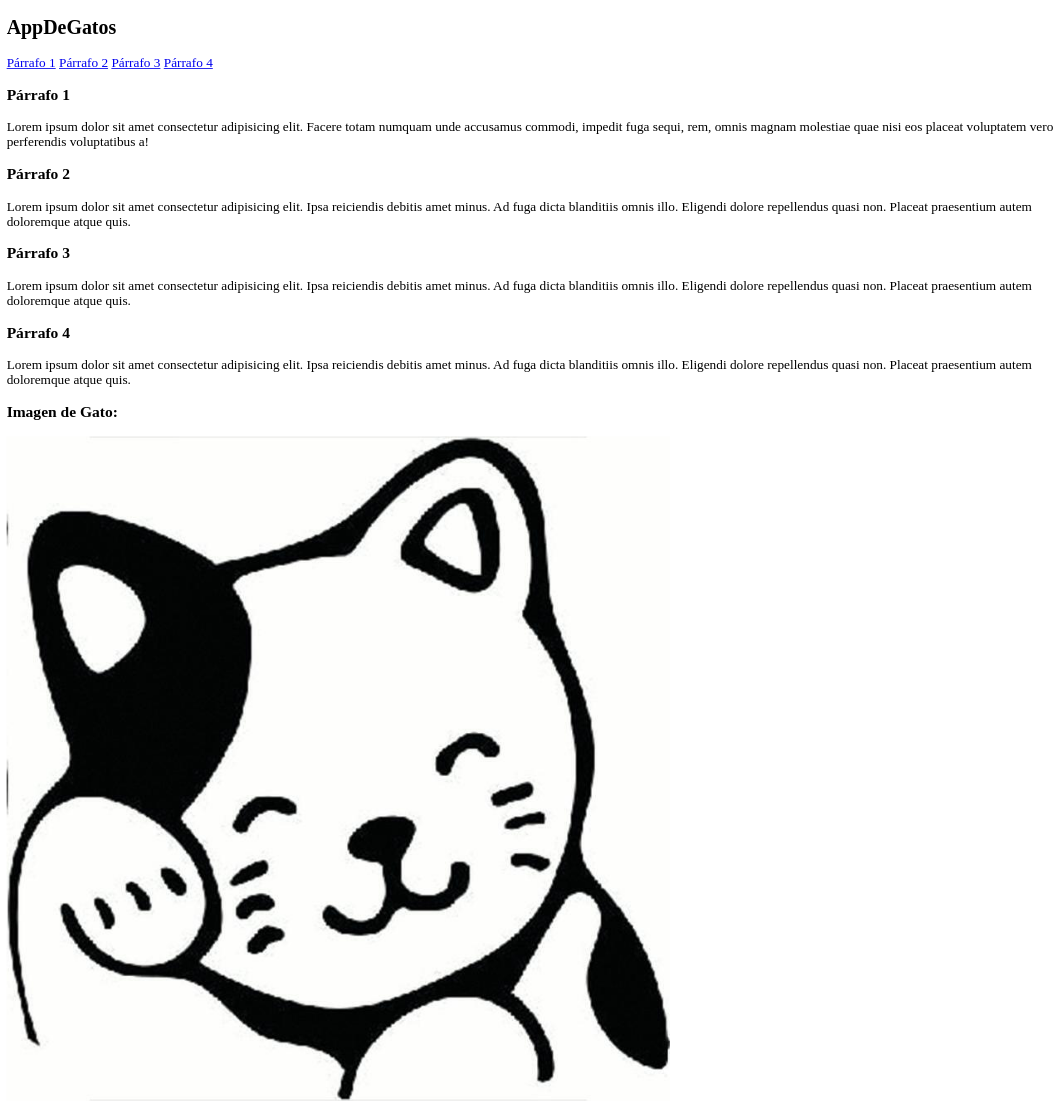
Repository: pedro-donoso/curso-html---css
Page: index.html
These files come from the project's save history. The page is drawn as it stood at one moment and after the next save; the edit follows.
The browser window is 1280 px wide. The pictures show the whole page, at 83% of full size.

Above is the page before, as saved 2023-11-03 10:56:54.

### index.html
<!DOCTYPE html>
<html lang="es">

<head>
  <meta charset="UTF-8">
  <meta name="viewport" content="width=device-width, initial-scale=1.0">
  <title>Curso HTML & CSS</title>
</head>

<body>
  <h2>AppDeGatos</h2>
  <main>


   <a href="#parrafo-1">Párrafo 1</a>
   <a href="#parrafo-2">Párrafo 2</a>
   <a href="#parrafo-3">Párrafo 3</a>
   <a href="#parrafo-4">Párrafo 4</a>

   <h3 id="parrafo-1">Párrafo 1</h3>

   <p>Lorem ipsum dolor sit amet consectetur adipisicing elit. Facere totam numquam unde accusamus commodi, impedit fuga sequi, rem, omnis magnam molestiae quae nisi eos placeat voluptatem vero perferendis voluptatibus a!</p>

   <h3 id="parrafo-2">Párrafo 2</h3>

   <p>Lorem ipsum dolor sit amet consectetur adipisicing elit. Ipsa reiciendis debitis amet minus. Ad fuga dicta blanditiis omnis illo. Eligendi dolore repellendus quasi non. Placeat praesentium autem doloremque atque quis.</p>

   <h3 id="parrafo-3">Párrafo 3</h3>

   <p>Lorem ipsum dolor sit amet consectetur adipisicing elit. Ipsa reiciendis debitis amet minus. Ad fuga dicta blanditiis omnis illo. Eligendi dolore repellendus quasi non. Placeat praesentium autem doloremque atque quis.</p>

   <h3 id="parrafo-4">Párrafo 4</h3>

   <p>Lorem ipsum dolor sit amet consectetur adipisicing elit. Ipsa reiciendis debitis amet minus. Ad fuga dicta blanditiis omnis illo. Eligendi dolore repellendus quasi non. Placeat praesentium autem doloremque atque quis.</p>

   <h3>Imagen de Gato:</h3>
   <a href=""></a>
    <img src="./assets/img/gato.jpg" alt="gato">

  </main>
</body>

</html>

After the next save:
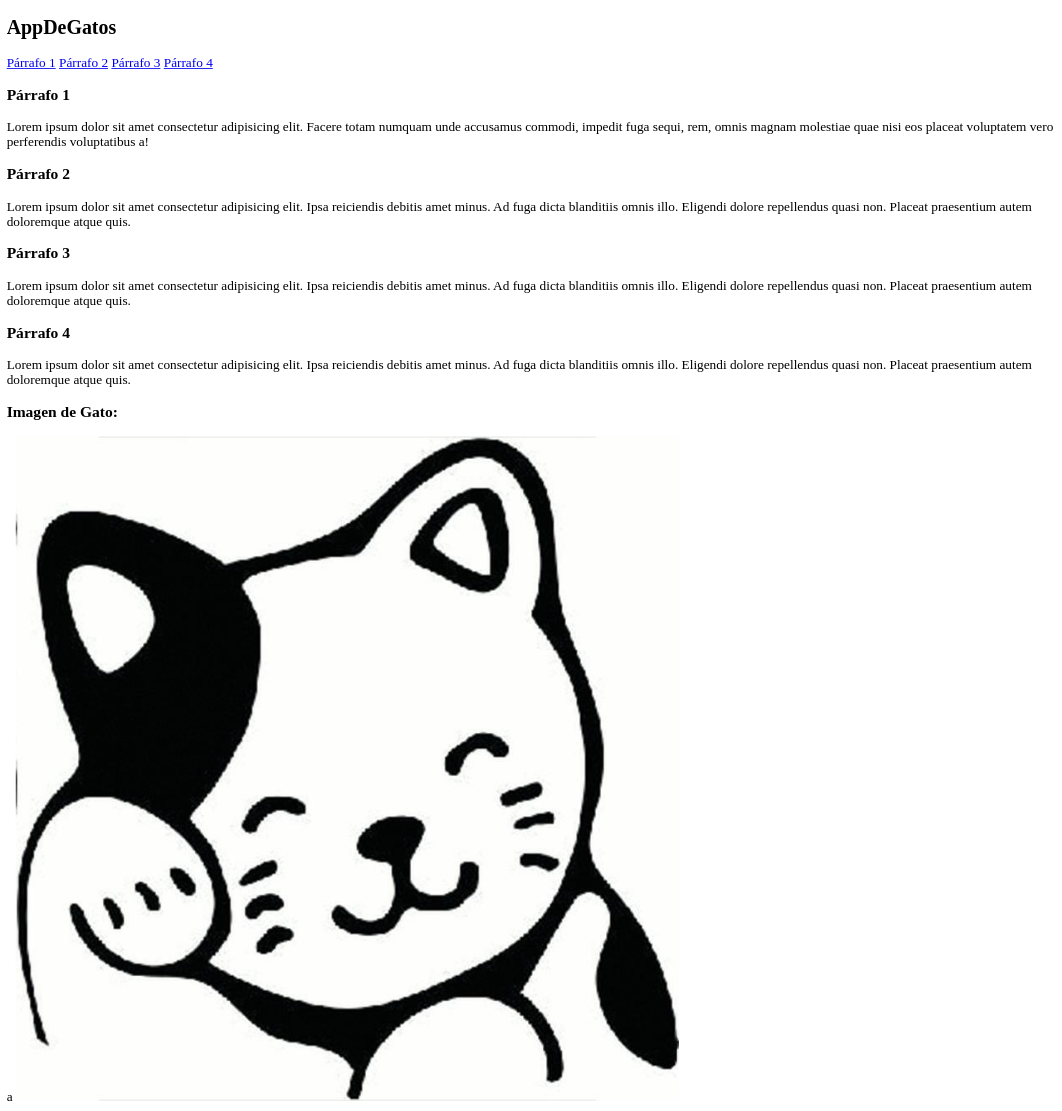
Saved 15 s later.
--- a/index.html
+++ b/index.html
@@ -34,7 +34,7 @@
    <p>Lorem ipsum dolor sit amet consectetur adipisicing elit. Ipsa reiciendis debitis amet minus. Ad fuga dicta blanditiis omnis illo. Eligendi dolore repellendus quasi non. Placeat praesentium autem doloremque atque quis.</p>
 
    <h3>Imagen de Gato:</h3>
-   <a href=""></a>
+  a
     <img src="./assets/img/gato.jpg" alt="gato">
 
   </main>

After the save that followed:
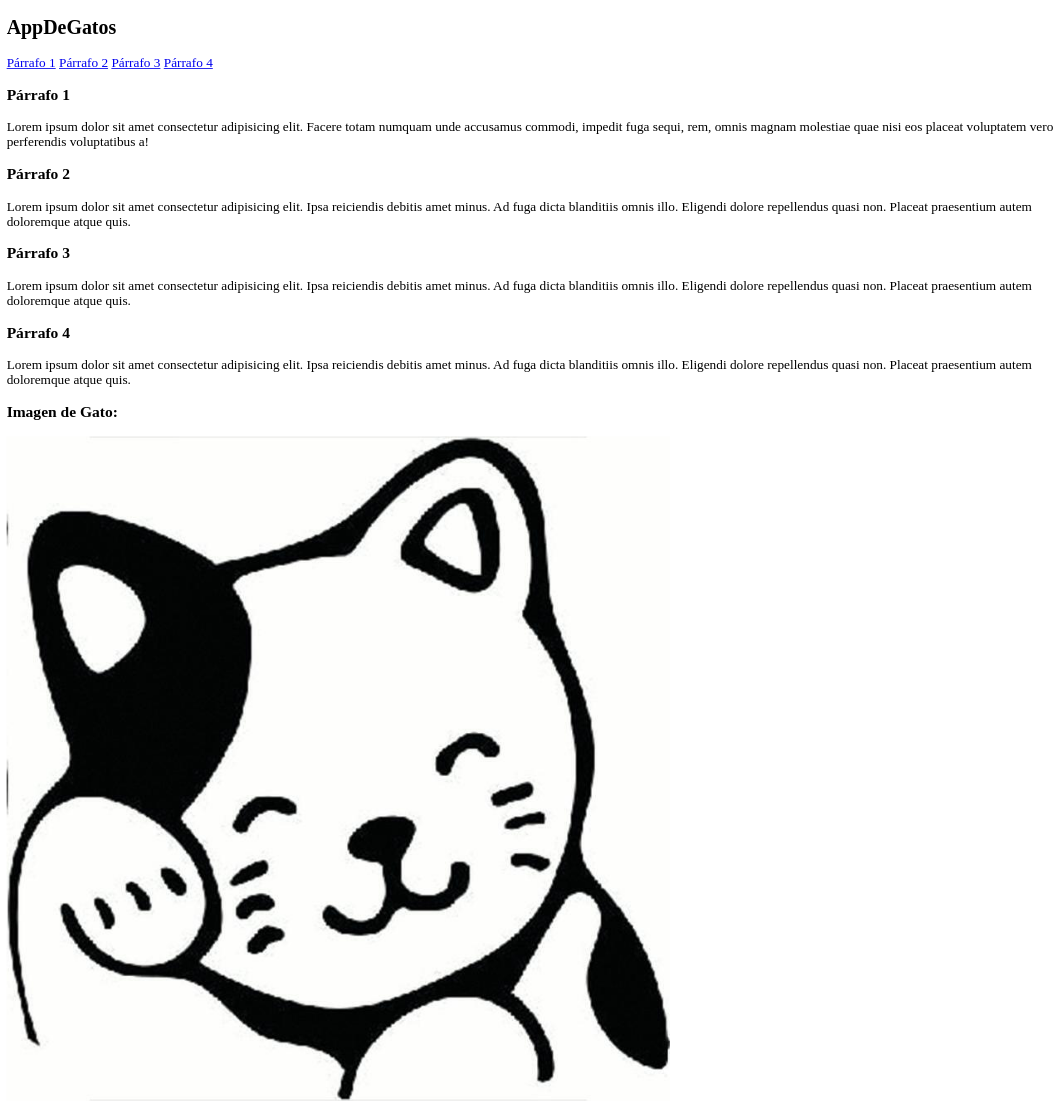
Saved 4 s later.
--- a/index.html
+++ b/index.html
@@ -34,7 +34,7 @@
    <p>Lorem ipsum dolor sit amet consectetur adipisicing elit. Ipsa reiciendis debitis amet minus. Ad fuga dicta blanditiis omnis illo. Eligendi dolore repellendus quasi non. Placeat praesentium autem doloremque atque quis.</p>
 
    <h3>Imagen de Gato:</h3>
-  a
+  <a href=""></a>
     <img src="./assets/img/gato.jpg" alt="gato">
 
   </main>
